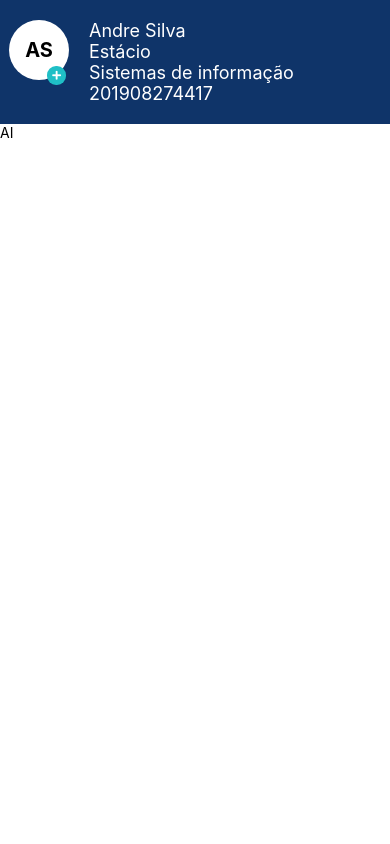
Repository: andre06x/native-estacio
Screen: /
The author's editor kept a copy of each file at every save. The screen is drawn from the files as they stood at one save, then again after the next save.
The app was drawn by React Native's web renderer in a window 390 px wide. The project was rebuilt for these pictures with package versions that can differ from the ones it lists, and the page was loaded fresh each time. Also part of the build but not shown: src/Pages/Login/index.tsx.

Above is the screen before, as saved 2022-03-24 14:03:02.

### App.tsx
import { StatusBar } from 'expo-status-bar';
import { StyleSheet, Text, View } from 'react-native';
import { Routes } from "./src/Routes";

export default function App() {
  return (
   <Routes />
  );
}

const styles = StyleSheet.create({
  container: {
    flex: 1,
    backgroundColor: '#fff',
    alignItems: 'center',
    justifyContent: 'center',
  },
});

### src/Routes.tsx
import * as React from 'react';
import { View, Text } from 'react-native';
import { NavigationContainer } from '@react-navigation/native';
import { createNativeStackNavigator } from '@react-navigation/native-stack';
import { Login } from "./Pages/Login";
import { Home } from "./Pages/Home";

const Stack = createNativeStackNavigator();

const Routes = () => {
    return (
      <NavigationContainer>
        <Stack.Navigator>
          <Stack.Screen name="Home" options={{headerShown: false}} component={Home} />
          <Stack.Screen name="Login" options={{headerShown: false}} component={Login} />
        </Stack.Navigator>
      </NavigationContainer>
    );
  }

export { Routes }

### src/Pages/Home/index.tsx
import { StatusBar } from 'expo-status-bar';
import { StyleSheet, Text, View, ScrollView, Image } from 'react-native';
import { SafeAreaView } from "react-native-safe-area-context";
import { FontAwesome5 } from '@expo/vector-icons';

const Home = () => {
  return (
    <SafeAreaView style={styles.container}>
      <StatusBar style="light" backgroundColor="#0F3469" />
      <ScrollView>

        <View style={styles.profile}>
          <View style={styles.profile_text_image}>
            <Text style={styles.profile_text}>AS</Text>
            {/* <Image style={styles.profile_image} source={require('./teste.jpg')} /> */}

            <View style={styles.profile_container_icon}>
              <FontAwesome5 name="plus" size={10} color="white" />
            </View>
          </View>

          <View style={styles.profile_container_info}>
            <Text style={styles.profile_container_info_text}>Andre Silva</Text>

            <Text style={styles.profile_container_info_text}>Estácio</Text>
            <Text style={styles.profile_container_info_text}>Sistemas de informação</Text>
            <Text style={styles.profile_container_info_text}>201908274417</Text>
          </View>


        </View>

        <Text>AI</Text>
      </ScrollView>

    </SafeAreaView>
  );
}

const styles = StyleSheet.create({
  container: {
    flex: 1,
    backgroundColor: '#fff',
  },
  profile: {
    backgroundColor: "#0F3469",
    flexDirection: "row",
    paddingVertical: 20,
    paddingHorizontal: 9
  },
  profile_text_image: {
    width: 60,
    position: "relative",
    height: 60,
    borderRadius: 30,
    justifyContent: "center",
    alignItems: "center",
    backgroundColor: "#fff"
  },
  profile_text: {
    fontSize: 20,
    fontWeight: "700"
  },
  profile_image: {
    width: "100%",
    height: "100%",
    borderRadius: 30,
  },
  profile_container_icon: {
    position: "absolute",
    right: 3,
    bottom: -5,
    backgroundColor: "#1FBFC6",
    width: 19,
    height: 19,
    borderRadius: 9,
    justifyContent: "center",
    alignItems: "center"
  },
  profile_container_info: {
    marginLeft: 20,
  },
  profile_container_info_text: {
    color: "#fff",
    fontSize: 18,
  }
});

export { Home }

After the next save:
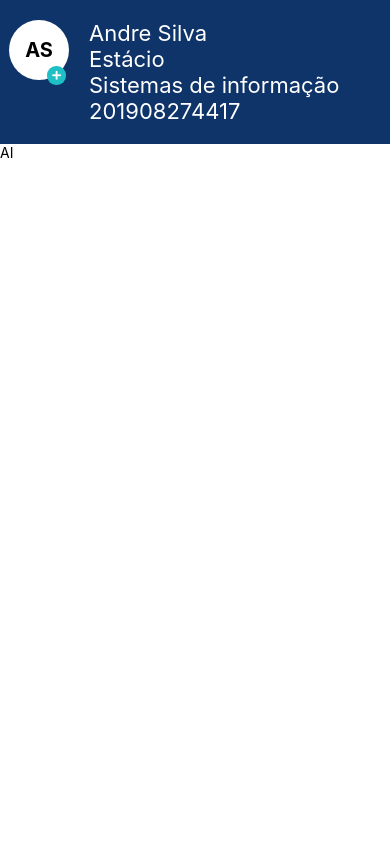
Saved 13 s later.
--- a/src/Pages/Home/index.tsx
+++ b/src/Pages/Home/index.tsx
@@ -82,7 +82,7 @@
   },
   profile_container_info_text: {
     color: "#fff",
-    fontSize: 18,
+    fontSize: 22,
   }
 });
 
